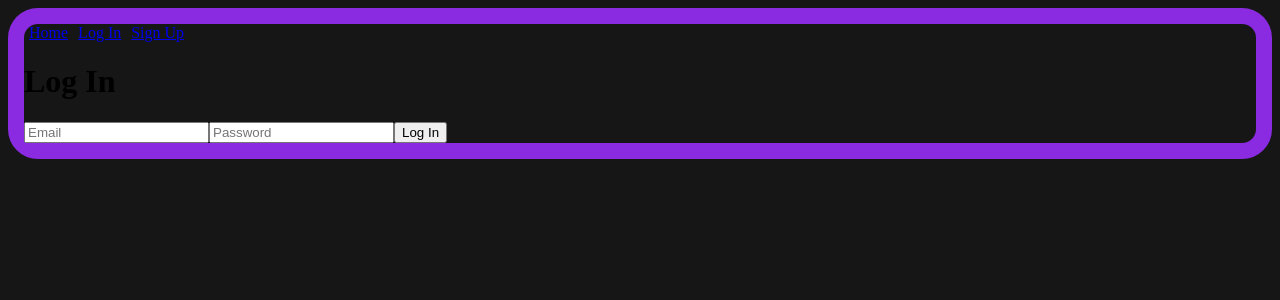
Repository: kaitlynMidori/react-jeopardy-app
Page: /login (app in client/)
These files come from the project's save history. The page is drawn as it stood at one moment and after the next save; the edit follows.
The browser window is 1280 px wide. The pictures show the whole page.
The project was rebuilt for these pictures with package versions that can differ from the ones it lists, and the page was loaded fresh each time. Also part of the build but not shown: client/src/views/LogOut.jsx, client/src/views/SignUp.jsx, client/src/components/PracticeCard/PracticeCard.js, client/src/utils/API.js, client/src/views/Practice.jsx, client/src/components/Container/Container.js, client/src/components/PlayerScore/PlayerScore.js, client/src/components/CategoryCard/style.css and 14 more.

Above is the page before, as saved 2021-03-23 17:01:02.

After the next save:
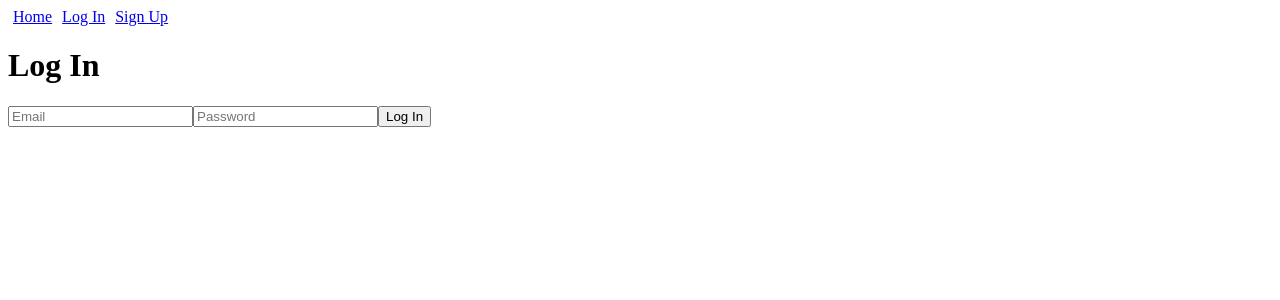
Saved 79 min 38 s later.
--- a/client/src/views/style.css
+++ b/client/src/views/style.css
@@ -1,49 +1,115 @@
-body {
-    background-color: rgb(23, 22, 22);
-    border-style: solid;
-    border-radius: 30px;
-    border-width: 1em;
-    border-color: blueviolet;
-}
 
-h2, h3 {
-    font-family: 'Alegreya Sans SC', sans-serif;
-}
+Skip to content
+Pulls
+Issues
+Marketplace
+Explore
+@kaitlynMidori
+styled-components /
+styled-components-website
 
-h2 {
-    color: white;
-}
+33
+512
 
-.playerNumBtn {
-    background: gold;
-    border: none;
-}
+    377
 
-.playerNumBtn:hover {
-    background: rgb(26, 23, 168);
-    border: none;
-}
+Code
+Issues 24
+Pull requests 27
+Discussions
+Actions
 
-.endGameBtn {
-    background: gold;
-    border: none;
-    font-size: 20px;
-}
+More
+styled-components-website/components/Layout.js /
+@probablyup
+probablyup Update deps (#729)
+Latest commit b782ee9 on Oct 4, 2020
+History
+6 contributors
+@morajabi
+@probablyup
+@mxstbr
+@el1f
+@kitten
+@halvves
+69 lines (60 sloc) 1.49 KB
+import styled, { css } from 'styled-components';
+import rem from '../utils/rem';
+import { mobile } from '../utils/media';
+import { sidebarWidth } from '../utils/sizes';
+import { bodyFont, headerFont } from '../utils/fonts';
+import { blmMetal } from '../utils/colors';
 
-.endGameBtn:hover {
-    background: red;
-    border: none;
-}
+export const Container = styled.div`
+  padding-left: ${rem(sidebarWidth)};
+  ${mobile(css`
+    padding-left: 0;
+  `)};
+`;
 
-th {
-    color: white;
-}
+export const Content = styled.div`
+  width: ${rem(1024)};
+  max-width: 100%;
+  margin: 0 auto;
+  padding: ${rem(90)} ${rem(40)} 0 ${rem(40)};
+  box-sizing: border-box;
+  font-family: ${bodyFont};
+  transition: transform 150ms ease-out;
+  ${mobile(css`
+    padding: ${rem(100)} ${rem(20)} ${rem(30)} ${rem(20)};
+    transform: translateX(${(p) => (p.moveRight ? rem(sidebarWidth) : 0)});
+  `)};
+  ${(p) =>
+    p.hero &&
+    css`
+      font-family: ${headerFont};
+      width: 75rem;
+    `};
+`;
 
-td {
-    color: white;
-}
+export const Title = styled.h1`
+  display: block;
+  text-align: left;
+  width: 100%;
+  color: ${blmMetal};
+  font-size: ${rem(42)};
+  font-weight: bold;
+  font-family: ${headerFont};
+`;
 
-.leaderboardHeading {
-    color: white;
-    font-family: 'Alegreya Sans SC', sans-serif;
-}
+export const Header = styled.h2`
+  font-size: ${rem(32)};
+  font-weight: 600;
+  font-family: ${headerFont};
+  margin: 2em 0 0.75em;
+`;
+
+export const SubHeader = styled.h3`
+  display: block;
+  margin: 2em 0 0.75em;
+  font-size: ${rem(24)};
+  font-weight: 600;
+  font-family: ${headerFont};
+`;
+
+export const TertiaryHeader = styled.h4`
+  display: block;
+  margin: 2em 0 0.75em;
+  font-size: ${rem(18)};
+  font-weight: 600;
+  font-family: ${headerFont};
+`;
+
+    © 2021 GitHub, Inc.
+    Terms
+    Privacy
+    Security
+    Status
+    Docs
+
+    Contact GitHub
+    Pricing
+    API
+    Training
+    Blog
+    About
